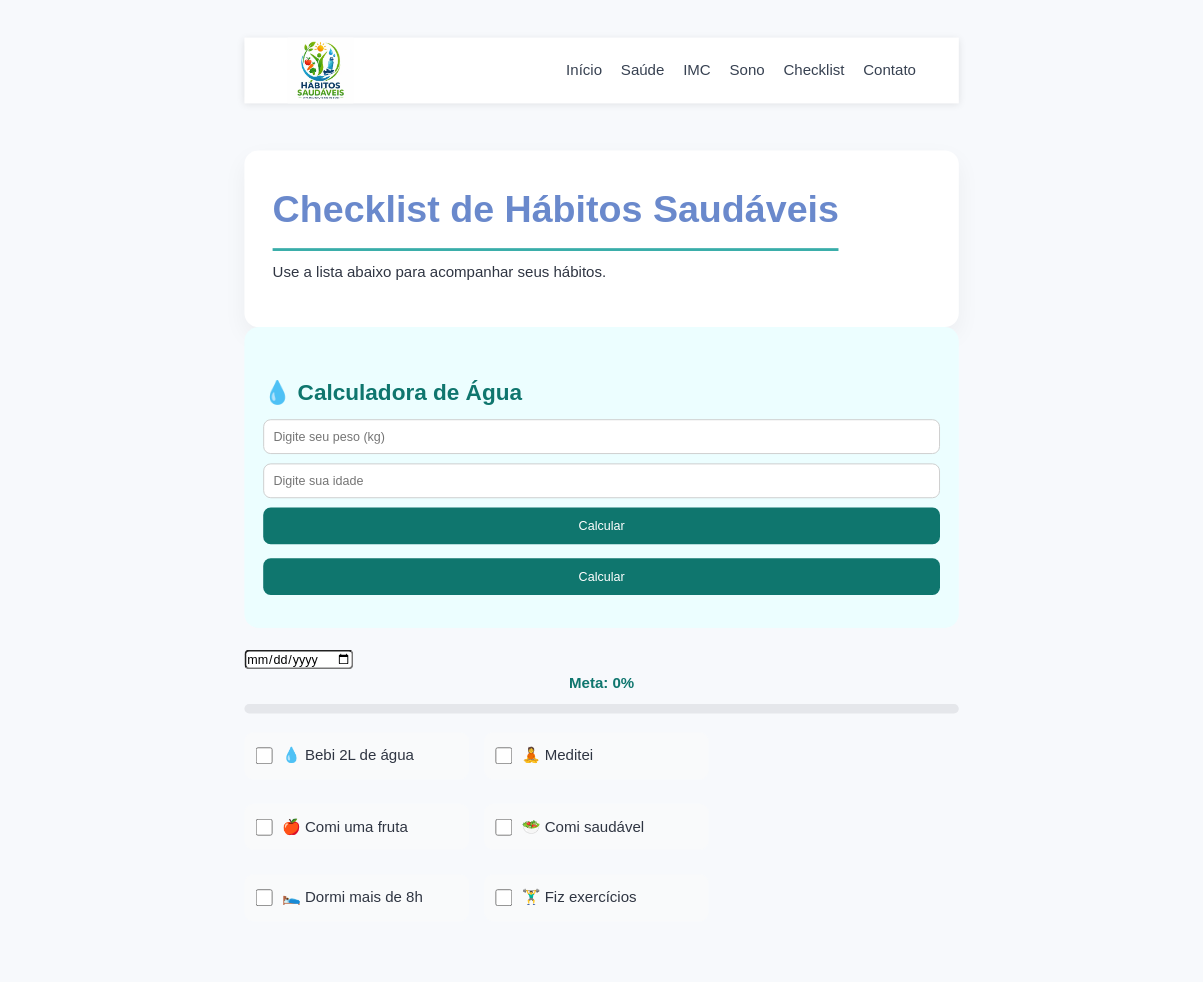
Repository: habitos2026/projetointegrador2026
Page: checklist.html
An editor plug-in stored every save of this project. The page is shown before and after a run of saves, followed by the edit.
The browser window is 1280 px wide. The pictures show the whole page, at 94% of full size.

Above is the page before, as saved 2026-06-10 19:12:37.

### checklist.html
<!DOCTYPE html>
<html lang="pt-br">
<head>
<meta charset="UTF-8">
<meta name="viewport" content="width=device-width, initial-scale=1.0">
<title>Checklist</title>

<link rel="stylesheet" href="estilos.css">

<style>
/* SÓ O CHECKLIST (não mexe no resto do site) */

        :root {
            --cor-mente: #6a89cc;    /* Azul sereno */
            --cor-fisico: #38ada9;   /* Verde energia */
            --cor-agua: #4a69bd;     /* Azul hidratação */
            --cor-fundo: #f7f9fc;
        }

        /* Animação de Entrada */
        @keyframes fadeInUp {
            from {
                opacity: 0;
                transform: translateY(20px);
            }
            to {
                opacity: 1;
                transform: translateY(0);
            }
        }

        body {
            font-family: 'Segoe UI', Roboto, sans-serif;
            line-height: 1.6;
            background-color: var(--cor-fundo);
            color: #2f3542;
            max-width: 800px;
            margin: 0 auto;
            padding: 40px 20px;
        }

        header {
            text-align: center;
            margin-bottom: 50px;
            animation: fadeInUp 0.8s ease-out;
        }

        h1 {
            color: var(--cor-mente);
            font-size: 2.5rem;
            border-bottom: 3px solid var(--cor-fisico);
            display: inline-block;
            padding-bottom: 10px;
        }

        section {
            background: white;
            padding: 30px;
            border-radius: 15px;
            box-shadow: 0 10px 25px rgba(0,0,0,0.05);
            animation: fadeInUp 1s ease-out;
        }

        h2 {
            color: var(--cor-fisico);
            margin-top: 30px;
            display: flex;
            align-items: center;
            gap: 10px;
    }

.check-container {
    max-width: 500px;
    margin: 40px auto;
    background: white;
    padding: 25px;
    border-radius: 15px;
    box-shadow: 0 10px 25px rgba(0,0,0,0.1);
}

/* TÍTULO */
.check-container h1 {
    text-align: center;
    color: #0f766e;
}

/* DATA */
.check-container input[type="date"] {
    display: block;
    margin: 10px auto 20px;
    padding: 8px;
}

/* PROGRESSO */
.progresso {
    text-align: center;
    margin-bottom: 10px;
    font-weight: bold;
    color: #0f766e;
}

/* BARRA */
.barra {
    width: 100%;
    height: 10px;
    background: #e5e7eb;
    border-radius: 10px;
    overflow: hidden;
    margin-bottom: 20px;
}

.barra span {
    display: block;
    height: 100%;
    width: 0%;
    background: #0f766e;
    transition: 0.3s;
}

/* ITENS */
.habit-item {
    display: flex;
    align-items: center;
    gap: 10px;
    background: #f9fafb;
    padding: 12px;
    border-radius: 10px;
    margin-bottom: 10px;
}

.habit-item input {
    width: 18px;
    height: 18px;
}

/* TEXTO */
.habit-item span {
    font-weight: 500;
}

/* MARCADO */
.habit-item input:checked + span {
    text-decoration: line-through;
    color: #9ca3af;
}

/* MENSAGEM */
.msg {
    text-align: center;
    margin-top: 10px;
    color: green;
    font-weight: bold;
}

.data{
    border-radius: 5px;
}

.data::-webkit-calendar-picker-indicator{
    cursor: pointer;
}

.data:hover{
    cursor: pointer;
    background: #00b894;
    box-shadow: 0 10px 8px rgba(0, 0, 0, 0.2);
    transform: scale(104%);
    transition:
    background 0.5s,
    box-shadow 0.5s,
    transform 0.5s;
}

</style>

</head>

<body>

<div id="menu"></div>

<section class="intro">

    <h1>Checklist de Hábitos Saudáveis</h1>

    <p>
        Use a lista abaixo para acompanhar seus hábitos.
    </p>

</section>

<!-- CALCULADORA DE ÁGUA -->
<div class="agua-box">

    <h2>💧 Calculadora de Água</h2>

    <input type="number" id="peso" placeholder="Digite seu peso (kg)">
    <input type="number" id="idade" placeholder="Digite sua idade">
    <button onclick="calcularAgua()">Calcular</button>
    <p id="resultadoAgua"></p>

    <button onclick="calcularAgua()">
        Calcular
    </button>

    <p id="resultadoAgua"></p>

</div>

<!-- DATA -->
<input type="date" class="data" id="data">

<!-- PROGRESSO -->
<div class="progresso">
    Meta: <span id="pct">0%</span>
</div>

<div class="barra">
    <span id="bar"></span>
</div>

<!-- CHECKLIST -->

<div class="listas">
<label class="habit-item">
    <input type="checkbox" onchange="calc()">
    <span>💧 Bebi 2L de água</span>
</label>

<label class="habit-item">
    <input type="checkbox" onchange="calc()">
    <span>🧘 Meditei</span>
</label>

<label class="habit-item">
    <input type="checkbox" onchange="calc()">
    <span>🍎 Comi uma fruta</span>
</label>

<label class="habit-item">
    <input type="checkbox" onchange="calc()">
    <span>🥗 Comi saudável</span>
</label>

<label class="habit-item">
    <input type="checkbox" onchange="calc()">
    <span>🛌 Dormi mais de 8h</span>
</label>

<label class="habit-item">
    <input type="checkbox" onchange="calc()">
    <span>🏋️‍♂️ Fiz exercícios</span>
</label>
</div>

<p id="msg" class="msg"></p>
<div id="imgGif"></div>

<script src="trabalho.js"></script>

</body>
</html>

### estilos.css
:root{
    --cinza245: rgb(245,245,245);
    --cinza220: rgb(220,220,220);
    --cinza128: rgb(128,128,128);
    --azul: rgb(0,80,120);
    --amarelo: yellow;
}

/* RESET */
*{
    margin:0;
    padding:0;
    box-sizing:border-box;
    font-family:Arial, sans-serif;
}

body{
    background:#f5f7fb;
    color:#1f2937;
}

/* HEADER */
header{
    background:white;
    height:70px;

    display:flex;
    align-items:center;
    justify-content:space-between;

    padding:0 6%;

    box-shadow:0 2px 8px rgba(0,0,0,0.1);
}

/* LOGO */
.logo{
    height:100%;
    width:auto;
}

/* MENU */
.menu{
    display:flex;
    align-items:center;
    gap:20px;
}

.menu a{
    text-decoration:none;
    color:#374151;
    transition: 0.5s;

}

.menu a:hover{
    color:#0f766e;
    text-shadow: 0 0 6px #01b3a4;
}

/* TOPO MENU MOBILE */
.topoMenu{
    display:none;
}

/* BOTÃO MENU */
.botaoMenu{
    border:none;
    background:transparent;

    display:none;
    flex-direction:column;

    gap:6px;

    cursor:pointer;
    transition:0.5s;
}

.botaoMenu div{
    width:28px;
    height:3px;

    background:black;
    transition:0.5s;
}

/* MAIN */
main{
    max-width:800px;

    margin:40px auto;

    background:white;

    padding:30px;

    border-radius:10px;
}

/* TEXTOS */
h1{
    color:#0f766e;
    margin-bottom:10px;
}

p{
    margin-bottom:15px;
}

/* BANNER */
.bannerIndexInicio{
    width:100%;
    height:300px;
    overflow:hidden;
}

.bannerIndexInicio img{
    width:100%;
    height:100%;

    object-fit:cover;
    display:block;
}

.bannerIndex{
    height:100%;

    display:flex;
    justify-content:center;

    overflow:hidden;

    aspect-ratio:16/9;
}

.bannerIndex img{
    width:70%;
    height:80%;

    object-fit:cover;
}

/* BOX ÁGUA */
.agua-box{
    background:#ecfeff;

    padding:20px;

    border-radius:15px;

    margin-bottom:20px;
}

.agua-box h2{
    color:#0f766e;
    margin-bottom:10px;
}

.agua-box input{
    width:100%;

    padding:10px;

    margin-bottom:10px;

    border-radius:8px;

    border:1px solid #ccc;
}

.agua-box button{
    width:100%;

    padding:12px;

    background:#0f766e;

    color:white;

    border:none;

    border-radius:8px;

    cursor:pointer;

    transition:0.5s;
}

.agua-box button:hover{
    background:#115e59;

    transform:scale(1.01);

    box-shadow:
    0 0 10px rgb(1, 255, 234),
    0 0 15px rgb(0, 173, 253);
}

#resultadoAgua{
    margin-top:10px;
    font-weight:bold;
}

/* LISTAS */
.listas{
    width:65%;

    display:grid;

    grid-template-columns:repeat(2, 1fr);

    gap:1rem;
}

/* IMAGENS SAÚDE */
.Saude .Imagem img{

    width:35%;

    height:auto;

    object-fit:cover;

    border-radius:15px;

    transition:0.4s;
}

.Saude .Imagem img:hover{

    transform:scale(1.05);

    box-shadow:
    0 0 10px cyan,
    0 0 20px cyan,
    0 0 40px cyan;
}

.imc-box{
    background:#0f766e;

    padding:20px;

    border-radius:20px;

    margin-top:3rem;


}

.imc-box input{
    width:100%;

    padding:10px;

    margin-bottom:10px;

    border-radius:8px;

    border:1px solid #ccc;
}

.imc-box button{
    width:100%;

    padding:12px;

    background: white;

    border: none;

    border-radius:8px;

    cursor:pointer;

    transition:0.5s;
}

.imc-box button:hover{
    background:#f0f0f0;

    transform:scale(1.002);

    box-shadow:
    0 0 6px rgb(1, 255, 234),
    0 0 8px rgb(0, 173, 253),
    0 0 15px  rgba(18, 165, 153);
}

#resultado{
    margin-top:20px;

    font-weight:bold;

    display: flex;

    flex-direction: column;

    align-items: center;

    gap: 10px;

}

#botaoFecharMenu{
    border:none;

    background:transparent;

    box-shadow: none;

    font-size:20px;

    cursor:pointer;

    transition: 0.5s;

    border-radius: 100px;

}


#botaoFecharMenu:hover{
    color: red;
    text-shadow:  0 0 11px rgb(255, 0, 0);
}

#botaoFecharMenu:active{
  animation: clickEffect 0.2s ease;
}

@keyframes clickEffect {
  0% {
    transform: scale(1);
    text-shadow: 0 0 10px red;
  }
  50% {
    transform: scale(0.95);
    text-shadow: 0 0 20px red;
  }
  100% {
    transform: scale(1);
    text-shadow: 0 0 10px red;
  }
}

/* ANIMAÇÃO */
@keyframes subir{

    from{
        opacity:0;
        transform:translateY(-20px);
    }

    to{
        opacity:1;
        transform:translateY(0);
    }

}

/* MOBILE */
@media screen and (max-width:950px){

    .botaoMenu{
        display:flex;

        animation:subir 0.5s ease;
    }

    .botaoMenu:hover{
        transform: scale(1.03);
    }
    .botaoMenu:hover div{
        box-shadow: 0 10px 15px rgba(0,0,0,0.4);

    }

    .menu{
        position:fixed;

        top:0;
        right:-100%;

        width:80%;
        height:100vh;

        background:white;

        flex-direction:column;

        align-items:flex-start;

        padding:30px;

        transition: right 0.5s;

        z-index:999;
    }

    .menu a{
        width:100%;

        padding:12px 0;


        border-bottom:1px solid var(--cinza220);

        text-decoration:none;

        color:#374151;

        transition: 0.10s;

}

    .menu a:hover{
    color:#0f766e;
    text-shadow: 0 0 6px #01b3a4;
    border: #01b3a4 1px solid;
    transition: 0.5s;
}

    .topoMenu{
        display:flex;

        width:100%;

        justify-content:space-between;

        align-items:center;

        margin-bottom:30px;
    }

    .topoMenu button{
        border:none;

        background:transparent;

        font-size:20px;

        cursor:pointer;
    }

    main{
        margin:20px;
    }

    .bannerIndex img{
        width:100%;
        height:220px;
    }

    .listas{
        width:100%;

        grid-template-columns:1fr;
    }

    .Saude .Imagem img{
        width:100%;
    }
}

### trabalho.js
fetch("menu.html")
.then(res => res.text())
.then(data => {

    document.getElementById("menu").innerHTML = data;

    const abrir = document.querySelector(".botaoMenu");

    const fechar = document.querySelector("#botaoFecharMenu");

    const menu = document.querySelector("#menuNav");

    abrir.addEventListener("click", () => {
        menu.style.right = "0";
    });

    fechar.addEventListener("click", () => {
        menu.style.right = "-100%";
    });

});

function calc() {

    // pega todos os checkbox
    const checks = document.querySelectorAll('.habit-item input');

    // quantidade marcada
    let marcados = 0;

    checks.forEach(check => {
        if(check.checked){
            marcados++;
        }
    });

    // calcula porcentagem
    let porcentagem = (marcados / checks.length) * 100;

    // atualiza texto
    document.getElementById("pct").innerText = porcentagem + "%";

    // atualiza barra
    document.getElementById("bar").style.width = porcentagem + "%";


    // mensagem
const msg = document.getElementById("msg");
const imgGif = document.getElementById("imgGif");

if (porcentagem === 100) {

    msg.innerText = "Parabéns! Você completou todos os hábitos 🎉";

    imgGif.innerHTML = `
        <img src="pasta-de-imagens/gifParabens.gif" alt="Parabéns">
    `;

} else {

    msg.innerText = "";
    imgGif.innerHTML = "";

}

}

const data = document.getElementById("data");

data.addEventListener("click", () => {
    data.showPicker();
});

function calcularAgua() {
    const peso = parseFloat(document.getElementById("peso").value);
    const idade = parseInt(document.getElementById("idade").value);

    // Validação
    if (isNaN(peso) || peso <= 0 || isNaN(idade) || idade <= 0) {
        document.getElementById("resultadoAgua").innerText = "Por favor, preencha peso e idade corretamente.";
        return;
    }

    // Regra por faixa etária
    let mlPorKg;

    if (idade <= 17) {
        mlPorKg = 40;
    } else if (idade <= 55) {
        mlPorKg = 35;
    } else if (idade <= 65) {
        mlPorKg = 30;
    } else {
        mlPorKg = 25;
    }

    const totalMl = peso * mlPorKg;
    const totalLitros = (totalMl / 1000).toFixed(1); // ex: 2.5

    document.getElementById("resultadoAgua").innerText =
        `Você deve beber aproximadamente ${totalLitros}L de água por dia.`;
}

### menu.html
<header>

    <img class="logo" src="pasta-de-imagens/images.webp" alt="Logo">

    <button class="botaoMenu">

        <div></div>
        <div></div>
        <div></div>

    </button>

    <nav id="menuNav" class="menu">

        <div class="topoMenu">

            <h3>Menu</h3>
            <button id="botaoFecharMenu">X</button>
            <button id="abrirMenu" class="botaoMenu"></button>

        </div>

        <a href="index.html">Início</a>
        <a href="saude.html">Saúde</a>
        <a href="imc.html">IMC</a>
        <a href="sono.html">Sono</a>
        <a href="checklist.html">Checklist</a>
        <a href="contato.html">Contato</a>

    </nav>

</header>

After the next 5 saves:
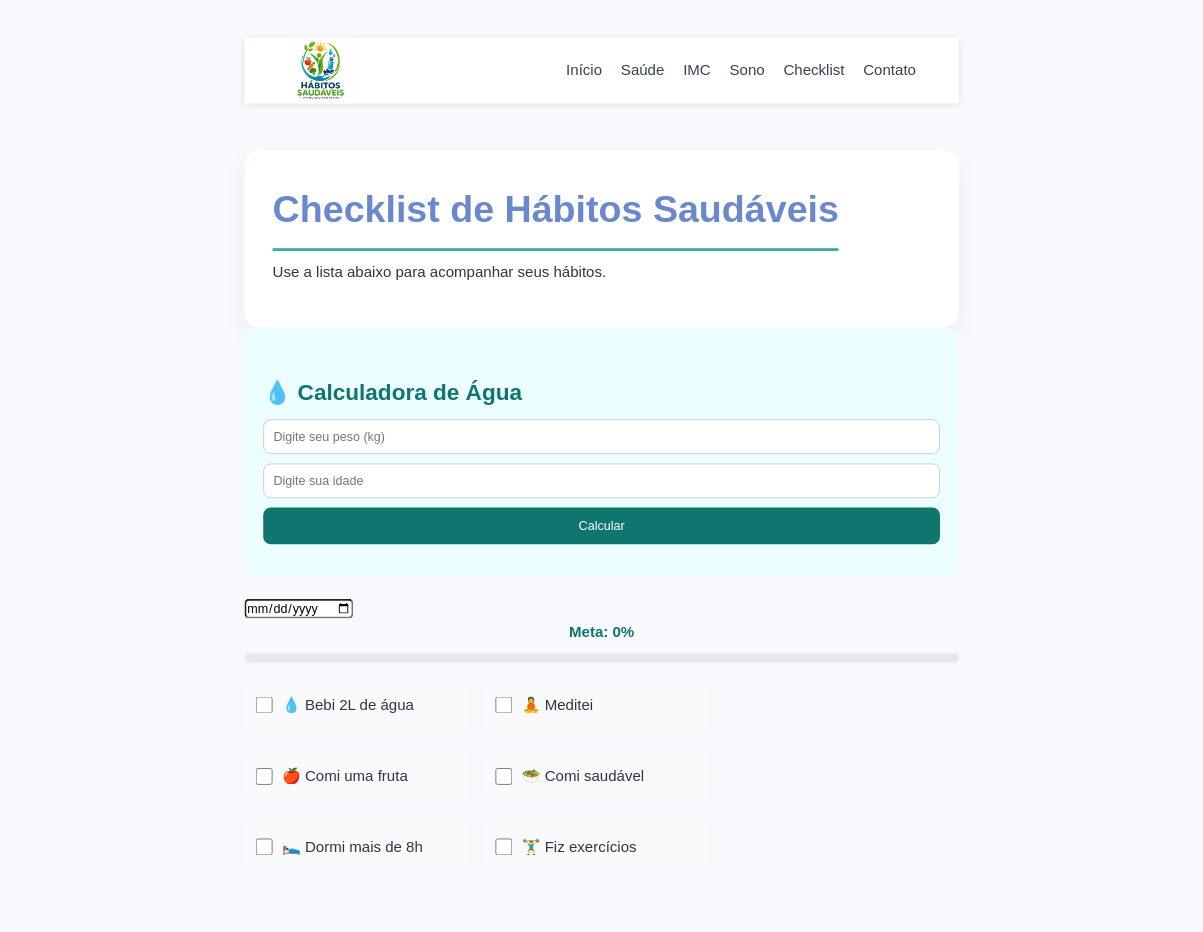
The 5 saves are shown as one change because they came seconds apart.
The last was saved 71 s later.
--- a/checklist.html
+++ b/checklist.html
@@ -196,12 +196,8 @@
 
     <input type="number" id="peso" placeholder="Digite seu peso (kg)">
     <input type="number" id="idade" placeholder="Digite sua idade">
+
     <button onclick="calcularAgua()">Calcular</button>
-    <p id="resultadoAgua"></p>
-
-    <button onclick="calcularAgua()">
-        Calcular
-    </button>
 
     <p id="resultadoAgua"></p>
 
